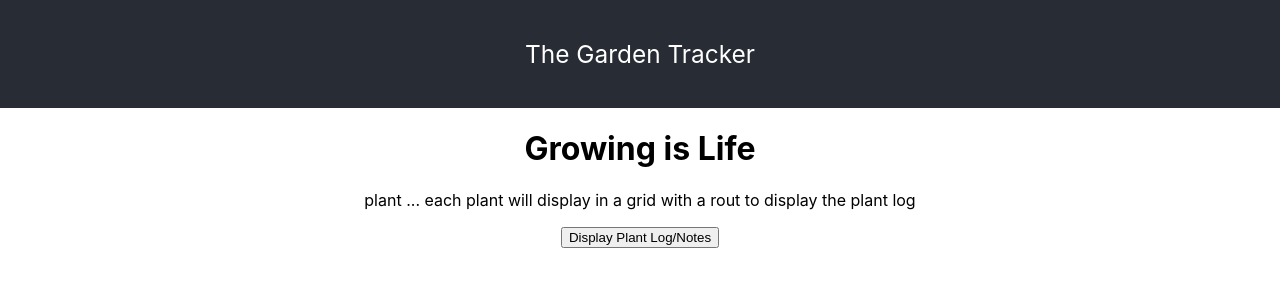
Repository: charliejp0311/gardentracker
Page: /
The author's editor kept a copy of each file at every save. The page is drawn from the files as they stood at one save, then again after the next save.
The browser window is 1280 px wide. The pictures show the whole page.
The project was rebuilt for these pictures with package versions that can differ from the ones it lists, and the page was loaded fresh each time.

Above is the page before, as saved 2020-10-28 10:55:47.

### public/index.html
<!DOCTYPE html>
<html lang="en">
  <head>
    <meta charset="utf-8" />
    <link rel="icon" href="%PUBLIC_URL%/sun-svgrepo-com.svg" />
    <meta name="viewport" content="width=device-width, initial-scale=1" />
    <meta name="theme-color" content="#000000" />
    <meta
      name="description"
      content="Web site created using create-react-app"
    />
    <link rel="apple-touch-icon" href="%PUBLIC_URL%/logo192.png" />
    <!--
      manifest.json provides metadata used when your web app is installed on a
      user's mobile device or desktop. See https://developers.google.com/web/fundamentals/web-app-manifest/
    -->
    <link rel="manifest" href="%PUBLIC_URL%/manifest.json" />
    <!--
      Notice the use of %PUBLIC_URL% in the tags above.
      It will be replaced with the URL of the `public` folder during the build.
      Only files inside the `public` folder can be referenced from the HTML.

      Unlike "/favicon.ico" or "favicon.ico", "%PUBLIC_URL%/favicon.ico" will
      work correctly both with client-side routing and a non-root public URL.
      Learn how to configure a non-root public URL by running `npm run build`.
    -->
    <title>Track Your Garden</title>
  </head>
  <body>
    <noscript>You need to enable JavaScript to run this app.</noscript>
    <div id="root"></div>
    <!--
      This HTML file is a template.
      If you open it directly in the browser, you will see an empty page.

      You can add webfonts, meta tags, or analytics to this file.
      The build step will place the bundled scripts into the <body> tag.

      To begin the development, run `npm start` or `yarn start`.
      To create a production bundle, use `npm run build` or `yarn build`.
    -->
  </body>
</html>

### src/index.js
import React from 'react';
import ReactDOM from 'react-dom';
import './index.css';
import App from './App';
import reportWebVitals from './reportWebVitals';
import reducer from './reducers/index'
import { Provider } from  'react-redux';
import { applyMiddleware, createStore } from 'redux';
import thunk from 'redux-thunk';

let store = createStore(reducer,applyMiddleware(thunk))

ReactDOM.render(
  <Provider store={store}>
    <App />
  </Provider>,
  document.getElementById('root')
);

// If you want to start measuring performance in your app, pass a function
// to log results (for example: reportWebVitals(console.log))
// or send to an analytics endpoint. Learn more: https://bit.ly/CRA-vitals
reportWebVitals();

### src/App.js
import './App.css';
import CreateGarden from './components/CreateGarden'

function App() {
  return (
    <div className="App">
      <header className="App-header">
        The Garden Tracker
      </header>
        <CreateGarden />
    </div>
  );
}

export default App;

### src/reducers/index.js
import { combineReducers } from 'redux';
import garden from './GardenReducer'

export default combineReducers({
    garden
})

### src/components/CreateGarden.js
import React, {Component} from 'react';
import { connect } from 'react-redux';
import Garden from './Garden';


class CreateGarden extends Component{

    state = {
        plants: [],
        nutrients: [],
        archive: []
    }

    addPlant=(plant)=>{
        return({
        type: "ADD_PLANT",
        plant
        })
    };

    render(){
        return(
            <div>
                <Garden
                plants={this.state.plants}
                nutrients={this.state.nutrients}
                archive={this.state.archive}
                addPlant={this.addPlant}/>
            </div>
        )
    };
};



export default connect()(CreateGarden);

### src/reducers/GardenReducer.js
export default function garden (state = {
    plants: []
},action){
    switch (action.type) {
        case 'ADD_GARDEN':

            break;
        case 'REMOVE_GARDEN':

            break;

        default:
            return state;
    }
};

### src/components/Garden.js
import React, {Component} from 'react';
import CreatePlant from './CreatePlant';
import PlantList from './plantList';
import Archive from "./Archive";
import {connect} from 'react-redux';


class Garden extends Component{

    state = {
        plants: [],
        archive: [],
        nutrients: []
    }

    render(){

        return(
            <div className='garden-container' >
                <h1>Growing is Life</h1>
                <CreatePlant  />
                <PlantList plants={this.state.plants} />
                <Archive archive={this.state.archive} />
            </div>
        )
    }
}
const mapStateToProps=state=>{
    return{
        plants: state.plants,
        archive: state.archive,
        nutrients: state.nutrients
    }
}

export default connect(mapStateToProps)(Garden);

### src/components/CreatePlant.js
import { Component } from "react";

class CreatePlant extends Component {
    state = {
        name: '',
        notes: [],
        nutrients: []
    }

    render(){
        return(
            <div>
                <p>
                    plant ... each plant will display in a grid with a rout to display the plant log
                </p>

                <button>Display Plant Log/Notes</button>


            </div>
        )
    }
}

export default CreatePlant;

### src/components/plantList.js
// display plants with button that takes you to the individual plant
// a button to remove the plant from the garden and add to plant archive
import { Component } from "react";

class PlantList extends Component{
    render(){
        const {plants} = this.props

        return(
            <div>
                {/* {plants.map(plant=>{
                    return(
                        <div>
                        <b>{plant.name}</b>
                        <button>Display Plant</button>
                        <button>Archive Plant</button>
                        </div>
                    )
                })} */}
            </div>
        )
    }
}

export default PlantList;

### src/components/Archive.js
import { Component } from "react";

class Archive extends Component{
    render(){
        const {plants} = this.props

        return(
            <div>
                {/* {plants.map(plant=>{
                    return(
                        <div>
                        <b>{plant.name}</b>
                        <button>Display Plant</button>
                        <button>Archive Plant</button>
                        </div>
                    )
                })} */}
            </div>
        )
    }
}

export default Archive;

Loaded but not shown: src/index.css (common file); src/reportWebVitals.js (common file); src/App.css (common file)

After the next save:
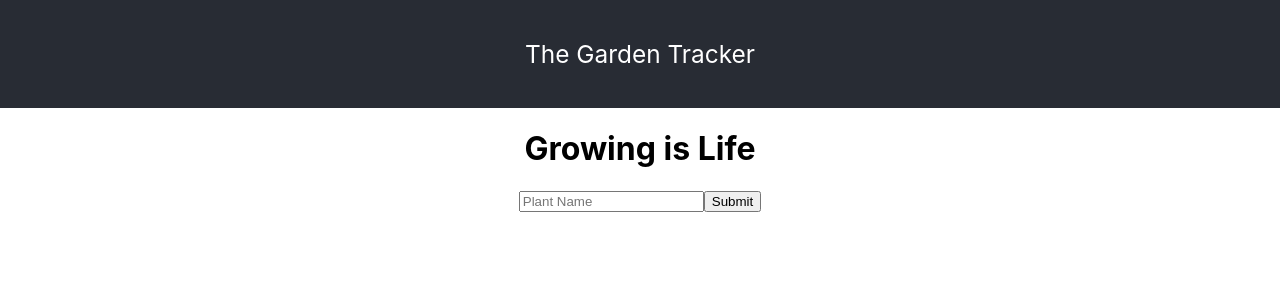
Saved 4 min 55 s later.
--- a/src/components/CreatePlant.js
+++ b/src/components/CreatePlant.js
@@ -7,17 +7,21 @@ class CreatePlant extends Component {
         nutrients: []
     }
 
+    handleChange=e=>{
+        this.setState({
+            name: e.target.value
+        })
+    }
+
+    handleSubmit=e=>{
+        e.preventDefault();
+    }
     render(){
         return(
-            <div>
-                <p>
-                    plant ... each plant will display in a grid with a rout to display the plant log
-                </p>
-
-                <button>Display Plant Log/Notes</button>
-
-
-            </div>
+            <form onSubmit={this.handleSubmit}>
+                <input type='text' name='name' placeholder="Plant Name" onChange={this.handleChange}/>
+                <input type='submit'/>
+            </form>
         )
     }
 }
